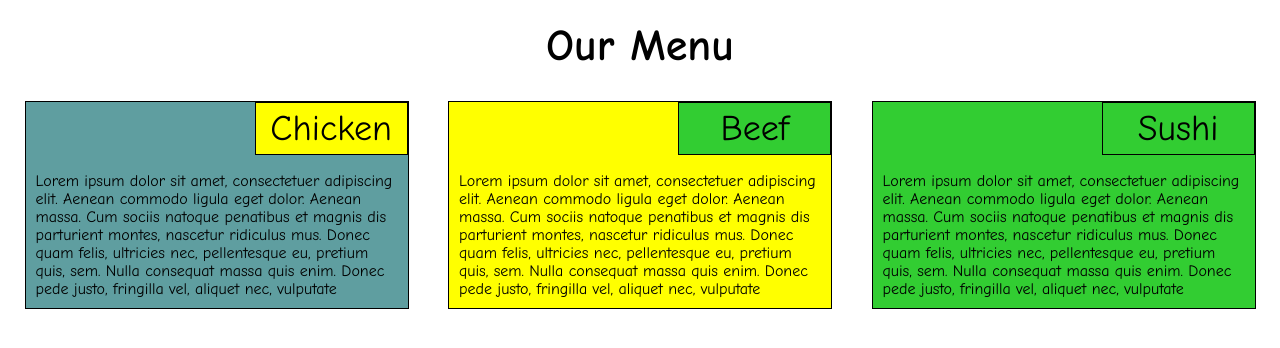
Repository: Normandy72/module2-solution
Page: index.html
These files come from the project's save history. The page is drawn as it stood at one moment and after the next save; the edit follows.
The browser window is 1280 px wide. The pictures show the whole page.

Above is the page before, as saved 2022-12-05 15:17:30.

### index.html
<!DOCTYPE html>
<html lang="en">
<head>
    <meta charset="UTF-8">
    <meta http-equiv="X-UA-Compatible" content="IE=edge">
    <meta name="viewport" content="width=device-width, initial-scale=1.0">
    <title>Our menu</title>
    <link href="https://fonts.googleapis.com/css2?family=Comic+Neue:ital,wght@0,300;0,400;0,700;1,300;1,400;1,700&family=Roboto:ital,wght@0,100;0,300;0,400;0,500;0,700;0,900;1,100;1,300;1,400;1,500;1,700;1,900&display=swap" rel="stylesheet">
    <link rel="stylesheet" href="styles/style.css">
</head>
<body>
    <h1>Our Menu</h1>
    <div class="wrapper">
        <div class="card">
            <div class="card__name">Chicken</div>
            <p class="card__text">Lorem ipsum dolor sit amet, consectetuer adipiscing elit. Aenean commodo ligula eget dolor. Aenean massa. Cum sociis natoque penatibus et magnis dis parturient montes, nascetur ridiculus mus. Donec quam felis, ultricies nec, pellentesque eu, pretium quis, sem. Nulla consequat massa quis enim. Donec pede justo, fringilla vel, aliquet nec, vulputate</p>
        </div>
        <div class="card">
            <div class="card__name">Beef</div>
            <p class="card__text">Lorem ipsum dolor sit amet, consectetuer adipiscing elit. Aenean commodo ligula eget dolor. Aenean massa. Cum sociis natoque penatibus et magnis dis parturient montes, nascetur ridiculus mus. Donec quam felis, ultricies nec, pellentesque eu, pretium quis, sem. Nulla consequat massa quis enim. Donec pede justo, fringilla vel, aliquet nec, vulputate</p>
        </div>
        <div class="card">
            <div class="card__name">Sushi</div>
            <p class="card__text">Lorem ipsum dolor sit amet, consectetuer adipiscing elit. Aenean commodo ligula eget dolor. Aenean massa. Cum sociis natoque penatibus et magnis dis parturient montes, nascetur ridiculus mus. Donec quam felis, ultricies nec, pellentesque eu, pretium quis, sem. Nulla consequat massa quis enim. Donec pede justo, fringilla vel, aliquet nec, vulputate</p>
        </div>
    </div>
</body>
</html>

### styles/style.css
*{
    font-family: 'Comic Neue', cursive;
    font-size: 10px;

    margin: 0;
    padding: 0;
    box-sizing: border-box;
}

h1{
    font-size: 4.4rem;
    text-align: center;

    padding-top: 20px;
    padding-bottom: 30px;
}

.wrapper{
    display: flex;
    justify-content: space-evenly;
}

.card{
    width: 30%;
    margin: 0 15px 30px;
    position: relative;
    border: 1px solid black;
}

.card__name{
    border: 1px solid black;
    font-size: 3.6rem;
    padding: 5px;
    text-align: center;
    width: 40%;
    position: absolute;
    top: 0;
    right: 0;
}

.card__text{
    font-size: 1.6rem;
    padding: 70px 10px 10px;
}

.card:nth-child(1){
    background-color: cadetblue;
}

.card:nth-child(2){
    background-color: yellow;
}

.card:nth-child(3){
    background-color: limegreen;
}

.card:nth-child(1) .card__name{
    background-color: yellow;
}

.card:nth-child(2) .card__name{
    background-color: limegreen;
}

After the next save:
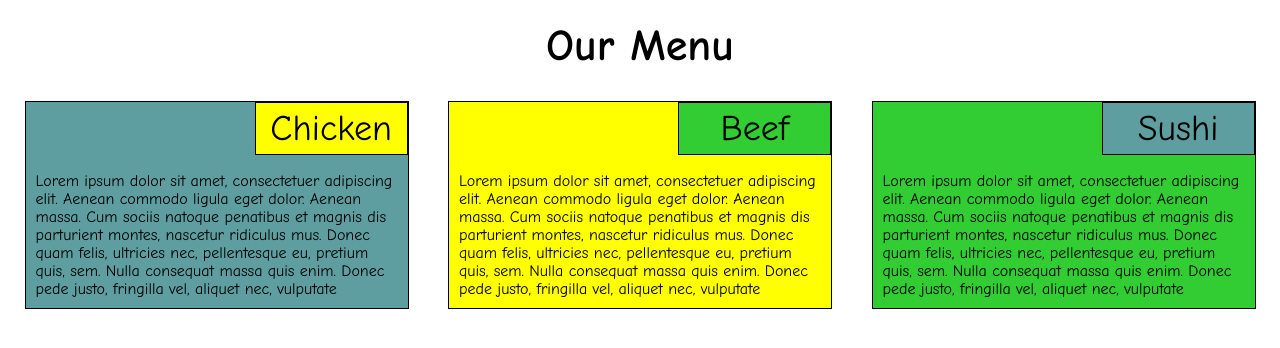
Saved 21 s later.
--- a/styles/style.css
+++ b/styles/style.css
@@ -62,3 +62,7 @@ h1{
 .card:nth-child(2) .card__name{
     background-color: limegreen;
 }
+
+.card:nth-child(3) .card__name{
+    background-color: cadetblue;
+}
